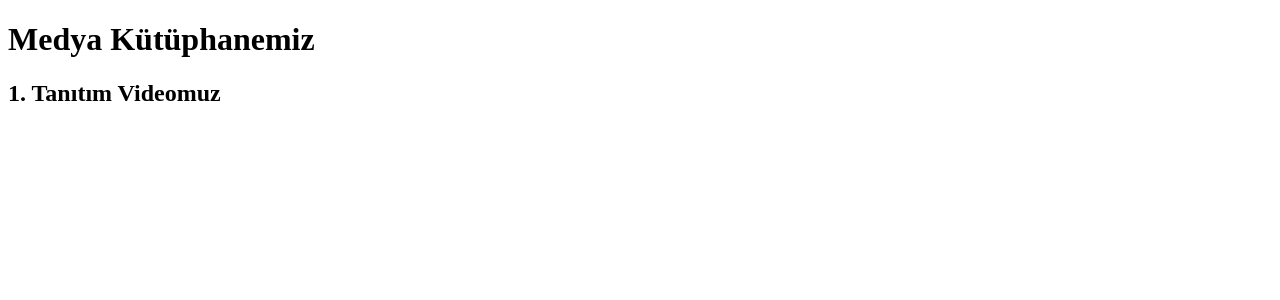
Repository: BeritanBlgn/web-yazilim-muhendisligi
Page: Modul_1/Ders_9/1.9.5_gorev1.html
The author's editor kept a copy of each file at every save. The page is drawn from the files as they stood at one save, then again after a run of saves.
The browser window is 1280 px wide. The pictures show the whole page.

Above is the page before, as saved 2026-10-27 22:19:48.

After the next 2 saves:
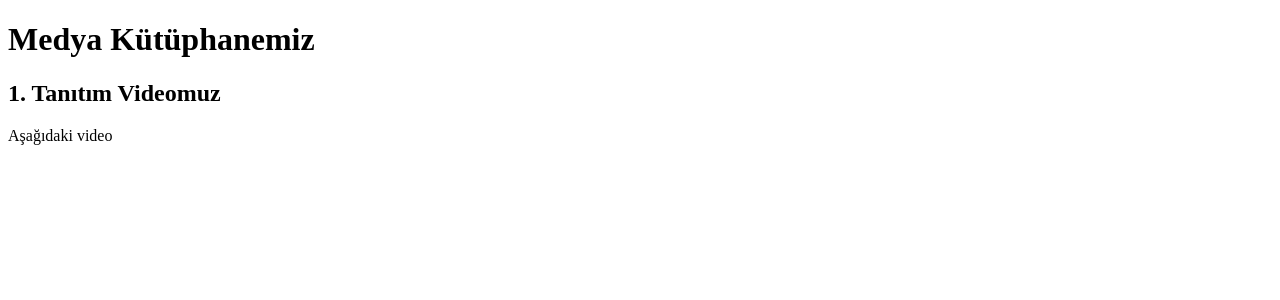
The 2 saves are shown as one change because they came seconds apart.
The last was saved 87 s later.
--- a/Modul_1/Ders_9/1.9.5_gorev1.html
+++ b/Modul_1/Ders_9/1.9.5_gorev1.html
@@ -13,7 +13,7 @@
         1. Tanıtım Videomuz
     </h2>
     <p>
-
+        Aşağıdaki video <mark></mark>
     </p>
 </body>
 </html>
